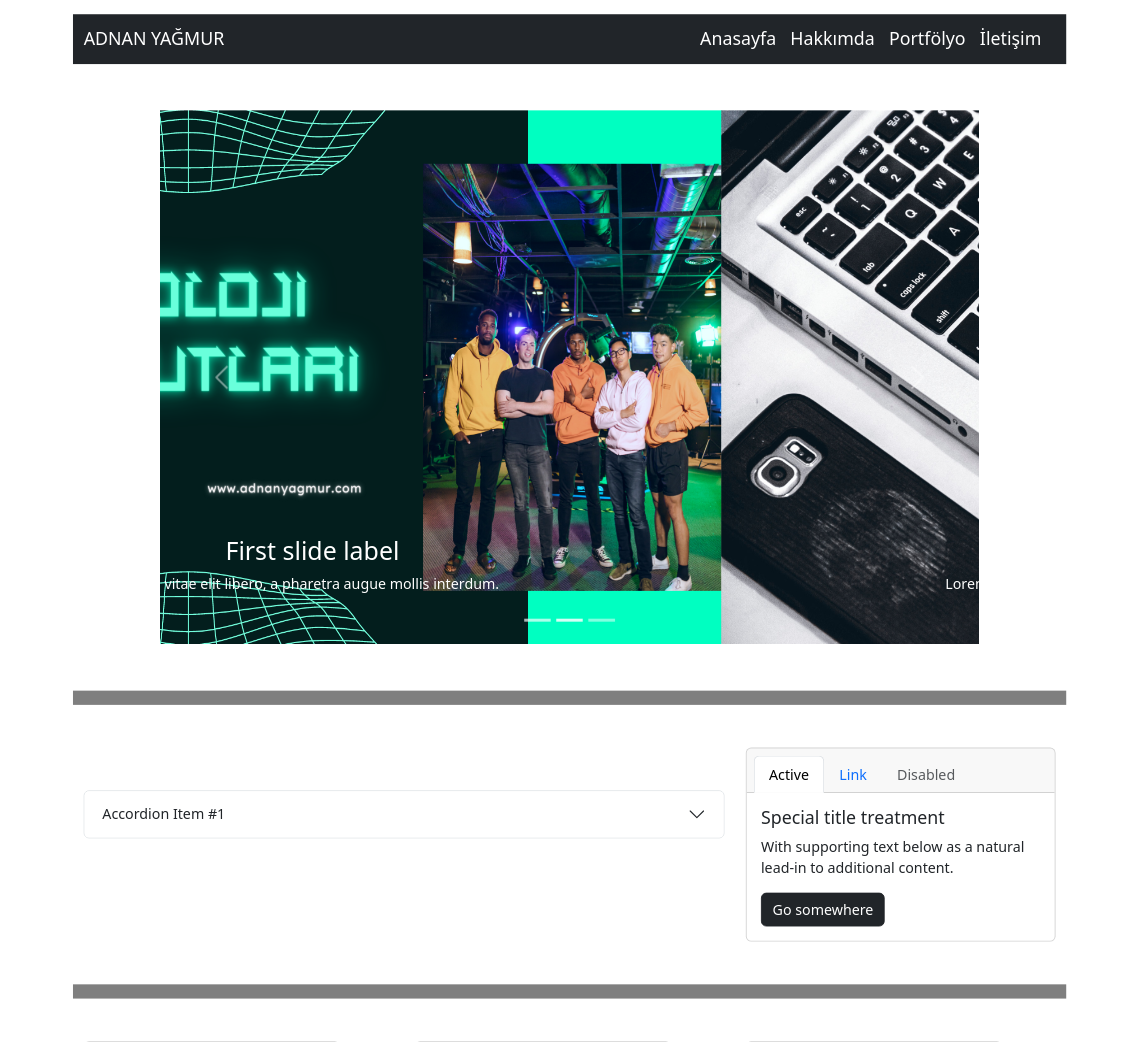
Repository: adnanyagmur/react-bootstrap-example
Page: /
These files come from the project's save history. The page is drawn as it stood at one moment and after the next save; the edit follows.
The browser window is 1280 px wide. The pictures show the part of the page from y = 0 to 1171 px (the page is 2198 px tall), at 89% of full size.
Pictures or frames that could not be fetched are drawn as grey boxes. The project was rebuilt for these pictures with package versions that can differ from the ones it lists, and the page was loaded fresh each time.

Above is the page before, as saved 2022-06-29 13:29:46.

### src/index.js
import React from 'react';
import ReactDOM from 'react-dom/client';
import '../node_modules/bootstrap/dist/css/bootstrap.min.css';
import SSRProvider from 'react-bootstrap/SSRProvider';
import App from './App';


const root = ReactDOM.createRoot(document.getElementById('root'));
root.render(
  <React.StrictMode>
  <SSRProvider>
  <App />
</SSRProvider>
  </React.StrictMode>
);

### src/App.js
import { Container } from "react-bootstrap";
import  Appbar  from "./appComponents/Appbar.jsx";
import AppContainer from "./appComponents/AppContainer.jsx";
import AppFooter from "./appComponents/AppFooter.jsx";
import Slider from "./appComponents/Slider.jsx";

function App() {

 return (
<Container>


<Appbar></Appbar>

<Slider></Slider>


  <AppContainer></AppContainer>
  <AppFooter></AppFooter>
  </Container>
  );
}

export default App;

### src/appComponents/Appbar.jsx

const Appbar =()=>{

    return(
        <>
  <nav className="navbar navbar-dark bg-dark mb-5 mt-3">
  <div className="container-fluid">
    <a href="/" className="navbar-brand">ADNAN YAĞMUR</a>
    <form className="d-flex" role="search">
    <a href="/" className="navbar-brand">Anasayfa</a>
    <a href="/" className="navbar-brand">Hakkımda</a>
    <a href="/" className="navbar-brand">Portfölyo</a>
    <a href="/" className="navbar-brand">İletişim</a>

    </form>
  </div>
</nav>

</>
    )
}

export default Appbar;

### src/appComponents/AppContainer.jsx
import {Nav,Placeholder,Accordion,Container,Card,Button, Row, Col} from "react-bootstrap"

const AppContainer = () => {

    return (
       <Container>
        <Row className="pt-5">
        <Placeholder  xs={12} bg="black" />
        </Row>
        <Row className="pt-5 pb-5">
        <Col sm={8}>
    <Accordion className="pt-5 pb-5">
  <Accordion.Item eventKey="0"  >
    <Accordion.Header>Accordion Item #1</Accordion.Header>
    <Accordion.Body>
      Lorem ipsum dolor sit amet, consectetur adipiscing elit, sed do eiusmod
      tempor incididunt ut labore et dolore magna aliqua. Ut enim ad minim
      veniam, quis nostrud exercitation ullamco laboris nisi ut aliquip ex ea
      commodo consequat. Duis aute irure dolor in reprehenderit in voluptate
      velit esse cillum dolore eu fugiat nulla pariatur. Excepteur sint occaecat
      cupidatat non proident, sunt in culpa qui officia deserunt mollit anim id
      est laborum.
    </Accordion.Body>
  </Accordion.Item>
</Accordion>

            </Col>
        <Col sm={4}>
        <Card>
      <Card.Header>
        <Nav variant="tabs" defaultActiveKey="#first">
          <Nav.Item>
            <Nav.Link href="#first">Active</Nav.Link>
          </Nav.Item>
          <Nav.Item>
            <Nav.Link href="#link">Link</Nav.Link>
          </Nav.Item>
          <Nav.Item>
            <Nav.Link href="#disabled" disabled>
              Disabled
            </Nav.Link>
          </Nav.Item>
        </Nav>
      </Card.Header>
      <Card.Body>
        <Card.Title>Special title treatment</Card.Title>
        <Card.Text>
          With supporting text below as a natural lead-in to additional content.
        </Card.Text>
        <Button variant="dark">Go somewhere</Button>
      </Card.Body>
    </Card>

        </Col>

        </Row>
        <Row className="pb-5">
        <Placeholder xs={12} bg="black" />
        </Row>
        <Row className="pb-5">
            <Col><Card style={{ width: '18rem' }}>

                <Card.Img className="p-3" variant="top" src="https://picsum.photos/200/200" />

                <Card.Body>
                    <Card.Title>Card Title</Card.Title>
                    <Card.Text>
                        Some quick example text to build on the card title and make up the bulk of
                        the card's content.
                    </Card.Text>
                    <Button variant="dark">Go somewhere</Button>
                </Card.Body>
            </Card></Col>
            <Col><Card style={{ width: '18rem' }}>

                <Card.Img className="p-3" variant="top" src="https://picsum.photos/200/200" />

                <Card.Body>
                    <Card.Title>Card Title</Card.Title>
                    <Card.Text>
                        Some quick example text to build on the card title and make up the bulk of
                        the card's content.
                    </Card.Text>
                    <Button variant="dark">Go somewhere</Button>
                </Card.Body>
            </Card></Col>
            <Col><Card style={{ width: '18rem' }}>

                <Card.Img className="p-3" variant="top" src="https://picsum.photos/200/200" />

                <Card.Body>
                    <Card.Title>Card Title</Card.Title>
                    <Card.Text>
                        Some quick example text to build on the card title and make up the bulk of
                        the card's content.
                    </Card.Text>
                    <Button variant="dark">Go somewhere</Button>
                </Card.Body>
            </Card></Col>
            <Col>
            <Card style={{ width: '18rem' }}>

                <Card.Img className="p-3" variant="top" src="https://picsum.photos/200/200" />

                <Card.Body>
                    <Card.Title>Card Title</Card.Title>
                    <Card.Text>
                        Some quick example text to build on the card title and make up the bulk of
                        the card's content.
                    </Card.Text>
                    <Button variant="dark">Go somewhere</Button>
                </Card.Body>
            </Card>
            </Col>
            </Row>
            </Container>


    )
}

export default AppContainer;

### src/appComponents/AppFooter.jsx


const AppFooter = ()=> {

    return (
        <div> foooter</div>
    )
}

export default AppFooter;

### src/appComponents/Slider.jsx
import { Carousel, Col, Container, Row, } from "react-bootstrap"
import Logo1 from "../assets/Logo1.png";
import Logo2 from "../assets/Logo2.png";
import Logo3 from "../assets/Logo3.png";

const Slider = () => {

  return (

  <Container className="p-1">
    <Row>
      <Col sm={1}></Col>
      <Col>
        <Carousel>
          <Carousel.Item interval={1000}>
            <img
              className="d-block w-100"
              src={Logo1}
              alt="First slide"
              height="600"
            />
            <Carousel.Caption>
              <h3>First slide label</h3>
              <p>Nulla vitae elit libero, a pharetra augue mollis interdum.</p>
            </Carousel.Caption>
          </Carousel.Item>
          <Carousel.Item interval={1000}>
            <img
              className="d-block w-100"
              src={Logo2}
              alt="Second slide"
              height="600"
            />
            <Carousel.Caption>
              <h3>Second slide label</h3>
              <p>Lorem ipsum dolor sit amet, consectetur adipiscing elit.</p>
            </Carousel.Caption>
          </Carousel.Item>
          <Carousel.Item interval={1000}>
            <img
              className="d-block w-100"
              src={Logo3}
              alt="Third slide"
              height="600"
            />
            <Carousel.Caption>
              <h3>Third slide label</h3>
              <p>Praesent commodo cursus magna, vel scelerisque nisl consectetur.</p>
            </Carousel.Caption>
          </Carousel.Item>
        </Carousel>
      </Col>
      <Col sm={1}>
      </Col>
    </Row>
  </Container>

  )
}
export default Slider;

Loaded but not shown: public/index.html (common file)

After the next save:
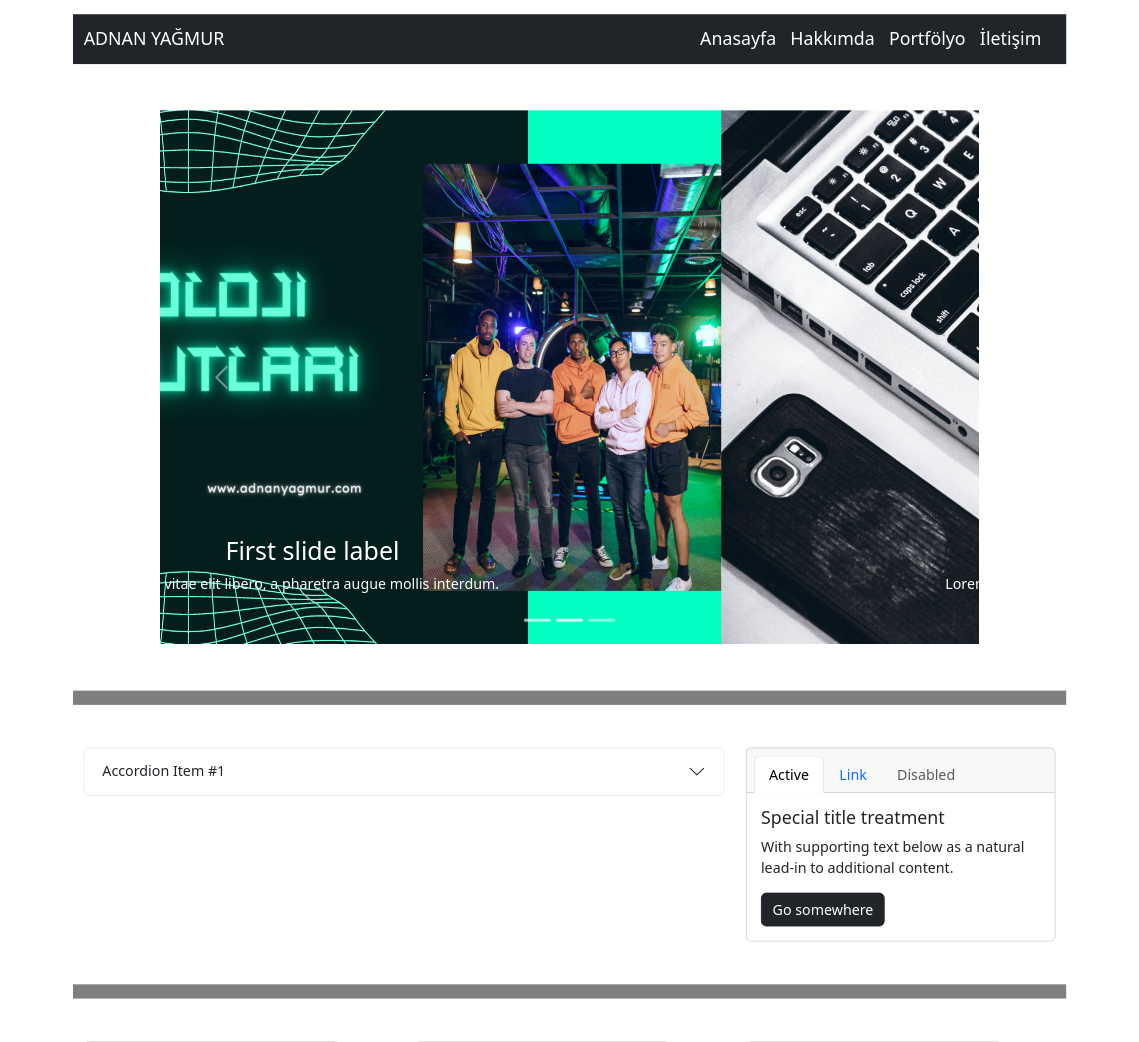
Saved 2 min 5 s later.
--- a/src/appComponents/AppContainer.jsx
+++ b/src/appComponents/AppContainer.jsx
@@ -9,7 +9,7 @@ const AppContainer = () => {
         </Row>
         <Row className="pt-5 pb-5">
         <Col sm={8}>
-    <Accordion className="pt-5 pb-5">
+    <Accordion className="pb-5">
   <Accordion.Item eventKey="0"  >
     <Accordion.Header>Accordion Item #1</Accordion.Header>
     <Accordion.Body>
